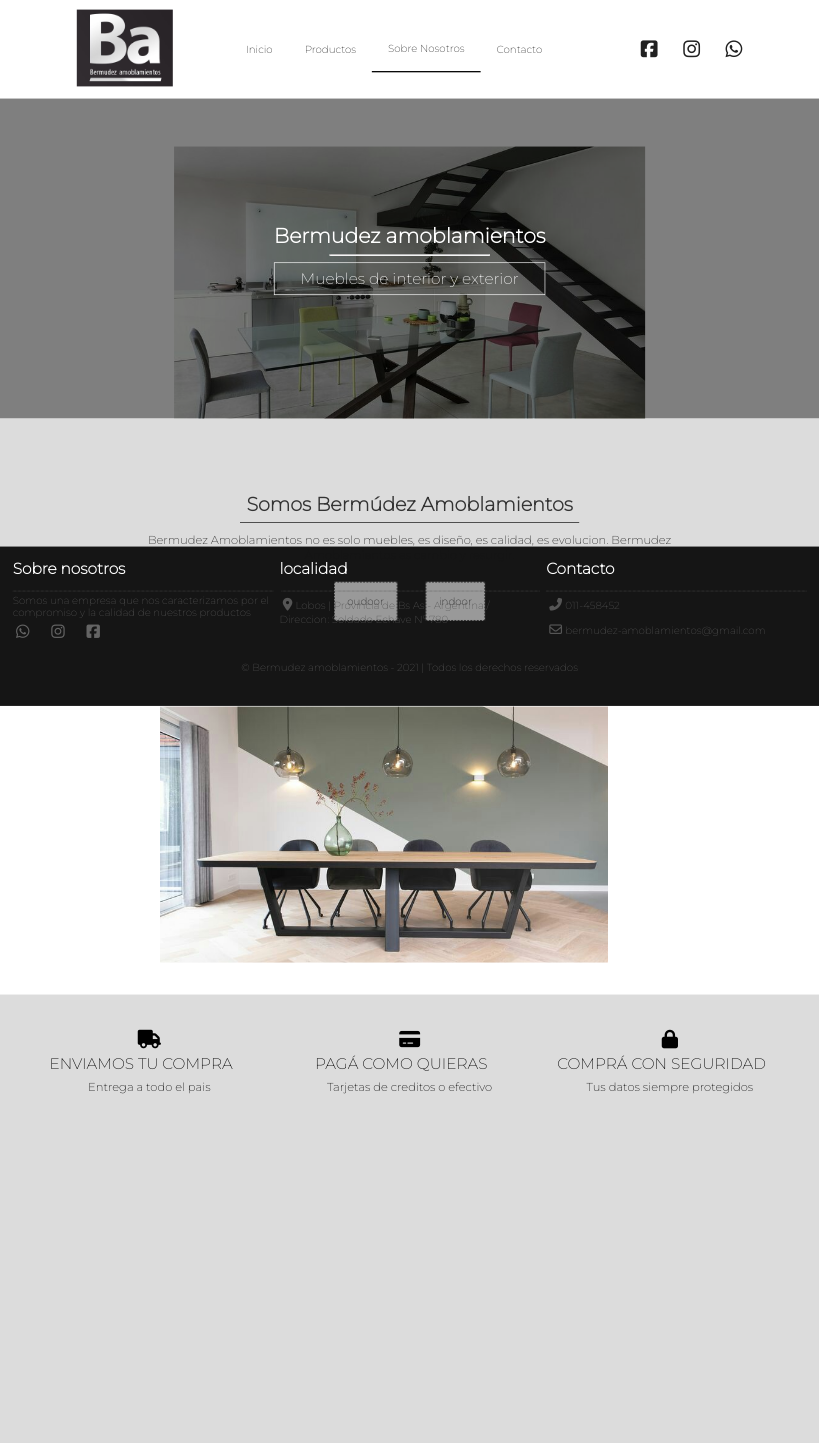
Repository: DamianBermudez94/Bermudez-amoblamientos
Page: index.html
The author's editor kept a copy of each file at every save. The page is drawn from the files as they stood at one save, then again after the next save.
The browser window is 1280 px wide. The pictures show the whole page, at 64% of full size.
Backgrounds fixed to the window are drawn as part of the page. Some web libraries are served in a nearby version.

Above is the page before, as saved 2022-09-22 19:27:05.

### index.html
<!DOCTYPE html>
<html lang="es">
<head>
    <meta charset="UTF-8">
    <meta http-equiv="X-UA-Compatible" content="IE=edge">
    <meta name="viewport" content="width=device-width, initial-scale=1.0">

    <title>Bermudez-Amoblamientos</title>
    <link rel="shortcut icon" href="Imagenes/favicon (1).jpg" type="image/x-icon">
    <!--Estilos-->
    <link rel="preconnect" href="https://fonts.googleapis.com">
    <link rel="preconnect" href="https://fonts.gstatic.com" crossorigin>
    <link href="https://fonts.googleapis.com/css2?family=Montserrat:wght@200&display=swap" rel="stylesheet">
    <script src="https://kit.fontawesome.com/bdbed0aafa.js" crossorigin="anonymous"></script>
    <link rel="preconnect" href="https://fonts.gstatic.com">
    <link href="https://fonts.googleapis.com/css2?family=Roboto:ital,wght@0,300;0,400;1,100;1,300;1,700&display=swap" rel="stylesheet">
    <!--Componente del header-->
    <script defer src="./header/header.js"></script>
    <link rel="stylesheet" href="./header/header.css">

    <!--Componente del footer-->
    <script defer src="./footer/footer.js"></script>
    <link rel="stylesheet" href="./footer/footer.css">

    <script defer src="slider.js"></script>
    <!--Estilos del index-->
    <link rel="stylesheet" href="index.css">
    <script defer src="index.js"></script>

</head>
<body>
    <!--Ir arriba-->
    <div class="go-top">
        <span><i class="fas fa-chevron-up"></i> <a href="https://www.whatsapp.com"><i class="fab fa-whatsapp"></i></a></span>
    </div>
    <header class="header">

    </header>
    <main class="main" >
        <section class="welcome">
            <div class="welcome__container">
                <h1 class="welcome__title">Bermudez amoblamientos</h1>
                <hr class="linea-title">
                <p class="welcome__sub-title">Muebles de interior y exterior</p>

            </div>
        </section>


        <section class="sobre-nosotros">
            <div class="container-tip">
                <h2 class="title-somos-nosotros">Somos Bermúdez Amoblamientos</h2>

                <p class="title-parrafo">Bermudez Amoblamientos no es solo muebles, es diseño, es calidad, es evolucion. Bermudez Amoblamientos es cambio y resurgir.</p>
                <div class="enlaces">
                    <a class="btn-enlaces" href="oudoor.html">oudoor</a>
                    <a class="btn-enlaces" href="indoor.html">indoor</a>
                </div>
            </div>
        </section>
        <!--Seccion Productos-->

            <section class="section-slider">
                <div class="flexslider">
                    <div class="slider" id="slider">
                        <div class="slider-section">
                            <img class="slider-img" src="./indoor/img-indoor/imagenes-indoor/IMG-20210325-WA0018.jpg" alt="">
                            <!--<section class="flex-slider">
                              <h2 class="slider-title">Productos al 50%</h2>
                              <p class="slider-txt">Ofertas</p>
                              <a href="" class="slider__link">Comprar</a>
                            </section>-->
                        </div>
                        <div class="slider-section">
                            <img class="slider-img" src="./indoor/img-indoor/imagenes-indoor/IMG-20210325-WA0019.jpg" alt="">
                            <!--<section class="flex-slider">
                              <h2 class="slider-title">Productos al 50%</h2>
                              <p class="slider-txt">Ofertas</p>
                              <a href="" class="slider__link">Comprar</a>
                            </section>-->

                        </div>
                        <div class="slider-section" >
                            <img class="slider-img" src="./indoor/img-indoor/imagenes-indoor/IMG-20210325-WA0028.jpg" alt="">
                            <!--<section class="flex-slider">
                              <h2 class="slider-title">Productos al 50%</h2>
                              <p class="slider-txt">Ofertas</p>
                              <a href="" class="slider__link">Comprar</a>
                            </section>-->

                        </div>
                    </div>
                    <!--<span class="btn-slider slider_btn-right" id="btn-right"><i class="fas fa-chevron-right"></i></i></span>
                    <span class="btn-slider slider_btn-left" id="btn-left"><i class="fas fa-chevron-left"></i></span>-->
                </div>
            </section>
                <!--<div class="container-editor">
                    <div class="editor__item">
                        <img src="Imagenes/IMG-20210325-WA0014.jpg" alt="" class="editor-img">
                        <p class="editor-circle">Muebles de interior</p>
                    </div>
                    <div class="editor__item">
                        <img  src="Imagenes/IMG-20210325-WA0026.jpg" alt="" class="editor-img">
                        <p class="editor-circle">Muebles de exterior</p>
                    </div>
                </div>-->
            <!--Seccion tips de compras -->
            <section class="container-tips">
                <div class="tip">
                    <i class="tip-icon fas fa-truck"></i>
                    <h2 class="tip-title">ENVIAMOS TU COMPRA</h2>
                    <p class="parrafo-tips">Entrega a todo el pais</p>

                   <!-- <a href="" class="btn-tip">Comprar</a>
                  <a href="" class="btn-tip">comprar</a>
                  <a href=""class="btn-tip">Comprar</a>-->
                </div>
                <div class="tip">
                    <i class="fas fa-credit-card"></i>
                    <h2 class="tip-title">PAGÁ COMO QUIERAS</h2>
                    <p class="parrafo-tips">Tarjetas de creditos o efectivo</p>

                </div>
                <div class="tip">
                    <i class="fas fa-lock"></i>
                    <h2 class="tip-title">COMPRÁ CON SEGURIDAD</h2>
                  <p class="parrafo-tips">Tus datos siempre protegidos</p>
                </div>

            </section>

    </main>
    <!--Footer-->

    <footer class="footer">

    </footer>
</body>
</html>

### header/header.css
/** Estilos del header **/

.header {
 background-color: #fff;

}

.main-header .container {
  position: fixed;
  top: 0;
  left: 0;
  width: 100%;
  height: 30%;
  display: flex;
  align-items: center;
  justify-content: space-between;
  background: #fff;
  z-index: 9999999999;
  padding: 50px;
}

.main-header__container {
  width: 100%;
  display: flex;
  justify-content:space-between;
  padding: 50px;
}
.redes-sociales {
  color: #212121;
  font-size: 50px;
  margin: 5px;
}

.redes-sociales:hover {
  color: #154f66;
}

.main-header__container-redes {
  display: none;

}

.title-img {
  object-fit: cover;
  width: 100%;
  height: 100px;

}
.img_title {
  position: relative;
  top: 0;
  left: 10px;
}

/** Estilos del Menu **/
.main-nav {
  opacity: 0;
  visibility: hidden;
  transition: all 0.5s;
  z-index: 9999999;
}
.mostrar {
  opacity: 1;
  visibility: visible;
}

.menu {
  position: absolute;
  top: 120px;
  left: 0;
  background: #212121;
  width: 100%;
  list-style: none;
  margin: 0;
  padding: 0;
}
.menu__items {
  margin: auto;
}

.menu-link {
  padding: 25px;
  border-bottom: 1px solid #646464;
  color: #fff;
  text-decoration: none;
  display: block;
}
.menu-link:hover {
  background: #000;
  color: #fff;
}

.sub-menu {
  display: none;
}

.sub-link {
  padding-left: 45px;
  border-bottom: 1px solid #646464;
  text-decoration: none;
  color: #fff;
  display: block;
  font-weight: 300;
  font-size: 16px;
}
.sub-link:hover {
  background: #000;
  color: #fff;
  width: 100%;
}
.sub-items .sub-link {
  list-style: none;
  margin: 0 10px;
  padding: 25px 0;
  padding-left: 48px;
}

.main-header__btn {
  border: 1px solid #000;
  display: block;
  padding: 10px 30px;
  color: #000;
  margin: 10px 0;
  text-decoration: none;
}
.btn-menu{
  position: relative;
  top: 35px;
  left: 95px;
  cursor: pointer;
  transition: all 0.5s ease-in-out ;
}
.menu-btn_burger{
  width: 30px;
  height: 3px;
  position: relative;
  top: 20px;
  left: 20px;
  border-radius: 5px;
  background-color: #000;
  transition: all 0.5s ease-in-out;
}
.menu-btn_burger::before,
.menu-btn_burger::after{
 content: "";
 position: absolute;
 top:0;
 left: 0;
 width: 30px;
 height: 3px;
 background-color: #000;
 border-radius: 5px;
 transition: all 0.5s ease-in-out;
}
.menu-btn_burger::before{
  transform: translateY(-16px);
}
.menu-btn_burger::after{
  transform: translateY(16px);
}
.btn-menu.open .menu-btn_burger {
  transform: translateX(-50px);
  background-color: transparent;
}
.btn-menu.open .menu-btn_burger::before {
  transform: rotate(45deg) translate(35px, -35px);
}
.btn-menu.open .menu-btn_burger::after {
  transform: rotate(-45deg) translate(35px, 35px);
}
@media (min-width: 760px) {


  .main-header__container{
    padding: 50px;

  }
  .main-header__container-redes{
    display: flex;
    justify-content: space-between;
    align-items: center;

  }
  .redes-sociales {
    color: #212121;
    font-size: 25px;
    margin: 10px;
    position: relative;
    top: 0;
    left: 0;
    display: block;
  }
  .menu {
    top: 180px;
  }
  .title-somos-nosotros {
    font-size: 28px;
    text-align: center;
    padding: 10px;
  }
}


@media (min-width: 960px) {

  .main-header__container {
    width: 100%;
    height: 100%;
    display: flex;
    align-items: center;
    justify-content: space-evenly;
    padding: 0 120px 0;


  }

  .main-nav {
    visibility: visible;
    opacity: 1;
    width: 100%;
    right: 25px;
    margin: 0;
  }
  .main-header-link {
    color: #333;
    border-bottom: none;
  }
  .main-header__container .main-nav .menu li a.active {
    border-bottom: 2px solid #000;
  }

  .menu {
    position: static;
    width: 100%;
    display: flex;
    align-items: center;
    justify-content: center;
    background: none;
  }

  .menu__items {
    padding: 0;
    margin: 0;
    display: flex;
  }
  .menu-link {
    color: #212121;
    border-bottom: none;
  }
  .menu-link:hover {
    color: #f7f7f7;
  }

  .main-nav .menu .sub-menu {
    display: none;
    transition: all 0.5s;
  }
  .main-nav .menu .menu__items {
    display: flex;
    justify-content: space-between;
    align-items: center;
  }

  .menu .menu__items:hover .sub-menu {
    display: block;
    position: absolute;
    top: 120px;
    left: 485px;
    width: 300px;
  }

  .sub-link {
    position: relative;
    top: 15px;
    left: 15px;
    width: 300px;
    text-decoration: none;
    color: #151515;
    background: #f7f7f7;
    font-size: 16px;
    transition: all 0.5s;
  }
  .sub-link:hover {
    max-width: 300px;
    color: #fff;
    background: #151515;
  }
  .sub-items {
    list-style: none;
  }

  .title-img {
    object-fit: cover;
    font-size: 24px;
    width: 150px;
    height: 150px;
    padding: 15px 0 15px 0;
    margin: 0;
  }
  .img_title {
    position: initial;
  }

  .main-header__container-redes {

  }
  .redes-sociales {
    position: relative;
    top: 0;
    left: 20px;
    margin: 15px;
    padding: 5px;
    font-size: 30px;
    display: block;
  }
  .btn-menu {
    display: none;
  }
}

### footer/footer.css
/** Estilos Del footer **/

.footer {

  padding: 20px;
  background: #151515;
  color: #fff;
}
.redes-footer {
  padding: 15px;
  position: relative;
  top: 0;
  left: -10px;
  font-size: 1.5em;
  color: #646464;
  margin: 0;
  transition: all 0.5s;
}
.redes-footer:hover {
  color: #fff;
}
.footer-txt {
  color: #555;
  padding: 5px 0;
}
.footer-link {
  color: #555;
  text-decoration: none;
  display: block;
  padding: 10px 0;
}

.title-footer {
  border-bottom: 1px dotted #555;
  padding-bottom: 20px;
}
.redes {
  font-size: 20px;
  margin: 5px;
}
.container-copy{
  text-align: center;
  padding: 10px;
}
.copy {
  color: #555;
  margin: 10px 0;
  padding: 10px;
}
@media screen and (min-width:720px) {
  .container-footer {

    display: grid;
    grid-template-columns: repeat(3, 1fr);
    gap: 10px;

  }

}

### index.css
* {
  padding: 0;
  margin: 0;
  box-sizing: border-box;
  font-family: 'Montserrat', sans-serif;
}

/** Go top **/
.go-top {
  position: fixed;
  bottom: 0px;
  right: -100%;
  width: 50px;
  height: 50px;

  background: #fff;
  z-index: 9999;
  display: flex;
  justify-content: center;
  align-items: center;
  cursor: pointer;
  transition: 500ms;
}
.go-top:hover {
  border: 2px solid #fff;
  border-radius: 50%;
  background: rgb(71, 71, 71);
}
.go-top:hover span {
  color: #fff;
}
.go-top > span {
  font-size: 25px;
  color: #000;
}
main{
  width: 100%;
  height: 700px;
  background: url("./indoor/img-indoor/imagenes-indoor/IMG-20210325-WA0038.jpg");
  background-position: center;
  background-attachment: fixed;
  background-repeat: no-repeat;

}

/** Diseño del Welcome**/

.welcome {
  width: 100%;
  height: 500px;
  background-color: rgba(0, 0, 0, 0.5);
  display: flex;
  align-items: center;
  justify-content: center;
  flex-direction: column;
}

.welcome__title {
  font-size: 32px;
  color: #fff;
  font-weight: 700;
  text-align: center;
  margin: 10px;
}

.welcome hr {
  width: 250px;
  margin: auto;
  height: 3px;
  background: #fff;
}
.welcome__sub-title {
  font-size: 24px;
  margin: 10px;
  color: #fff;
  border: 1px solid #fff;
  padding: 10px;

  text-align: center;
}

/** Fin del style**/

/********* Seccion sobre nosotros ****/
.sobre-nosotros{
  width: 100%;
  height: 400px;
}
.container-tip {
  display: flex;
  justify-content: center;
  align-items: center;
  flex-direction: column;
  height: 100%;
  margin: 0;
  padding:10px;
  background-color: #dcdcdc;
}
.title-somos-nosotros {

  font-size: 24px;
  font-weight: bold;
  text-align: center;
  color: #333;
  border-bottom: 1px solid #000;
}

.title-parrafo {
 width: 70%;
  text-align: center;
  font-weight: 400;
  font-size: 18px;
  margin-top: 15px;
  line-height: 24px;
  color: #151515;
}
.enlaces {
  margin-top: 50px;
}
.btn-enlaces {
  width: 100%;
  padding: 20px;
  margin:20px;
  text-decoration: none;
  border: 1px dashed #000;
  transition: all 0.5s;
  cursor: pointer;
  color: #212121;
  background: #999999;
}
.btn-enlaces:hover {
  background: #212121;
  color: #fff;
}


/*****Diseño del slider****/

.flexslider {
  width: 100%;
  height: 500px;
  position: relative;
  overflow: hidden;

}
.slider {
  display: flex;
  width: 300%;
  height: 300px;
  margin-left: -100%;
  position: relative;
}


.slider-section {
  position: relative;
  top: 50px;
  width: 100%;
  display: flex;
  justify-content: center;
  align-items: center;

}

.slider-img {
  position: absolute;
  top: 0;
  width: 300px;
  height: 400px;
  object-fit: cover;

}



/** Seccion tips informaticos **/

.container-tips {
  height: 500px;
  padding: 30px;
  text-align: center;
  background-color: #dcdcdc;
}
.tip-title {
  font-size: 16px;
  font-weight: 300;
}

.tip i {
  font-size: 24px;
  padding: 20px 0;
}
.parrafo-tips {
  font-size: 14px;
  text-align: center;
  font-weight: 300;
  margin-top: 8px;
}

/** Estilo responsive para tablet **/

@media screen and (min-width: 768px) {

  .slider-img {
    width: 600px;
    height: 400px;
    object-fit: cover;

  }
  .container-tips {
    display: grid;
    grid-template-columns: repeat(3, 1fr);
  }
  .tip-icon {
    font-size: 29px;
  }
  .tip-title {
    font-size: 24px;
    font-weight: 700;
  }
  .parrafo-tips {
    font-size: 18px;
  }
  .title-somos-nosotros{
    font-size: 30px;
  }
}

@media (min-width: 1024px) {
  /**header **/
  .header-img {
    display: flex;
    justify-content: center;
    align-items: center;
    margin: 0 auto;
  }
  .header-img .welcome h1 {
    font-size: 50px;
    color: #fff;
    font-weight: 700;

    margin-bottom: 35px;
  }
  .header-img .welcome .linea-title {
    width: 400px;
    height: 5px;
    background: #fff;
    border: none;
    margin-top: -15px;
    text-align: center;
  }
  .header-img .welcome p {
    width: 500px;
    font-size: 30px;
    font-weight: 200;
    color: #fff;
    border: 3px solid #fff;
    padding: 10px;
    margin-top: 30px;
  }

  /** Fin del header **/


  /**** Seccion slider ****/

  .slider-img {
    width: 600px;
    height: 400px;


  }



  /***** Seccion Tips **/
  .container-tips {
    width: 100%;
    height: 100%;
    position: relative;
  }

  .tip-title {
    padding-right: 26px;
    font-weight: 400;
  }
  .tip {
    padding: auto;
    margin: 15px auto;
  }
  .tip i {
    font-size: 29px;
    text-align: center;
    padding: 10px 10px;
  }
  .parrafo-tips {
    font-size: 18px;
    margin: 10px auto;
  }
}
@media screen and (min-width: 1280px) {
  .main-header {
    position: relative;
    width: 100%;
  }
  .main-header .container {
    position: absolute;
    top: 0;
    left: 0;
    width: 100%;
    height: 30%;
    background: #fff;
    display: flex;
    justify-content: space-between;
    align-items: center;
    z-index: 9999999999;
  }
  .container {
    width: 1000px;
    margin: auto;
  }
  .main-header__container:nth-child(3) {
    padding-left: 50px;
  }


  .slider-img {
    width: 700px;
    height: 400px;

  }
}
@media screen and (min-width: 1600px) {
  .main-header {
    position: relative;
    width: 100%;
  }
  .main-header .container {
    position: fixed;
    top: 0;
    left: 0;
    width: 100%;
    height: 30%;
    background: #fff;
    display: flex;
    justify-content: space-between;
    align-items: center;
    z-index: 9999;
  }
  .container {
    width: 1400px;
    margin: auto;
  }
  .main-header__container:nth-child(3) {
    padding-left: 100px;
  }
}

### footer/footer.js
function footerComponet(el) {
  const footerEl = document.createElement("div");
  footerEl.innerHTML = `  <div class="container-footer">
    <div class="footer-section">
        <h2 class="title-footer">Sobre nosotros</h2>
        <p class="footer-txt">Somos una empresa que nos caracterizamos por el compromiso y la calidad de nuestros productos</p>
        <a href="" class="redes-footer"><i class="fab fa-whatsapp"></i></a>
        <a href="" class="redes-footer"><i class="fab fa-instagram"></i></a>
        <a href="" class="redes-footer"><i class="fab fa-facebook-square"></i></a>
    </div>

    <div class="footer-section">
      <h2 class="title-footer">localidad</h2>
      <p class="footer-txt"><i class="fas fa-map-marker-alt redes"></i>Lobos | Provincia de Bs As - Argentina / Direccion: Soldado Echave Nº 780</p>

    </div>
    <div class="footer-section">
      <h2 class="title-footer">Contacto</h2>
      <p class="footer-txt"><i class="fas fa-phone-alt redes"></i>011-458452</p>
      <p class="footer-txt"><i class="far fa-envelope redes"></i>bermudez-amoblamientos@gmail.com</p>
    </div>



  </div>
  <div class="container-copy">
    <p class="copy">&copy; Bermudez amoblamientos - 2021 | Todos los derechos reservados </p>
  </div>
  `;

  el.appendChild(footerEl);
  console.log("sadasdasd", footerEl);
}

### slider.js
// Animacion slider

const slider = document.querySelector("#slider");
let sliderSection = document.querySelectorAll(".slider-section");
let sliderSectionLast = sliderSection[sliderSection.length - 1];

slider.insertAdjacentElement("afterbegin", sliderSectionLast);

function nextRight() {
  let sliderSectionFirts = document.querySelectorAll(".slider-section")[0];

  slider.style.marginLeft = "-200%";
  slider.style.transition = "0.8s ease-in-out";

  setTimeout(function () {
    slider.style.transition = "none";
    slider.insertAdjacentElement("beforeend", sliderSectionFirts);
    slider.style.marginLeft = "-100%";
  }, 1200);
}
function Prev() {
  let sliderSection = document.querySelectorAll(".slider-section");
  let sliderSectionLast = sliderSection[sliderSection.length - 1];
  slider.style.marginLeft = "0";

  setTimeout(function () {
    slider.style.transition = "none";
    slider.insertAdjacentElement("afterbegin", sliderSectionLast);
    slider.style.marginLeft = "-100%";
  }, 1200);
}

/*btnLeft.addEventListener("click", function () {
  Prev();
});
const btnRight = document.querySelector("#btn-right");
const btnLeft = document.querySelector("#btn-left");

btnRight.addEventListener("click", function () {
  nextRight();
});*/

setInterval(function () {
  nextRight();
}, 5000);

### index.js
function main() {
  headertComponet(document.querySelector(".header"));
  footerComponet(document.querySelector(".footer"));

  menu();
}
main();

Loaded but not shown: header/header.js (87 lines, source omitted)

After the next save:
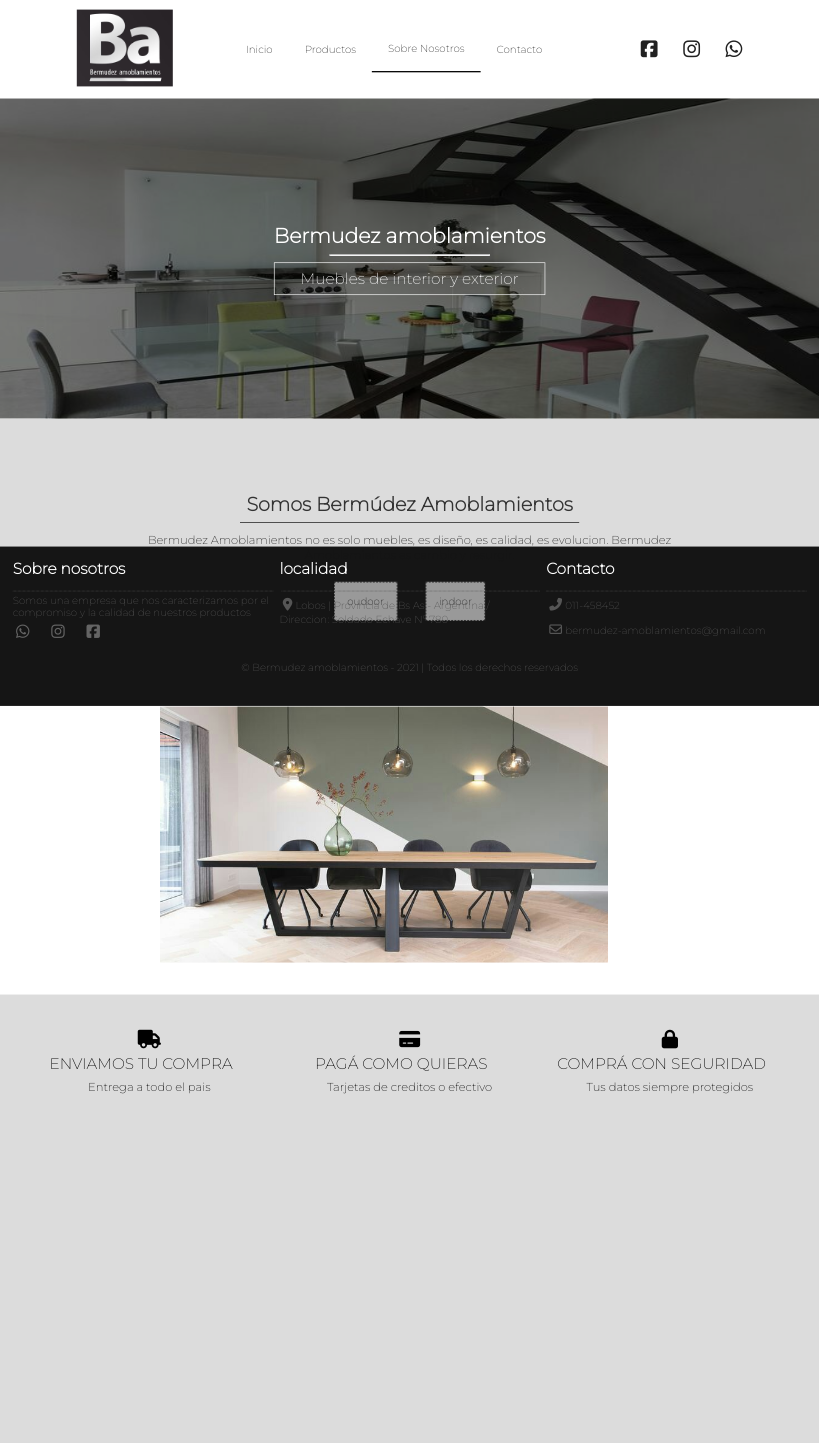
Saved 21 s later.
--- a/index.css
+++ b/index.css
@@ -40,6 +40,7 @@ main{
   background-position: center;
   background-attachment: fixed;
   background-repeat: no-repeat;
+  background-size: 100% 100%;
 
 }
 
